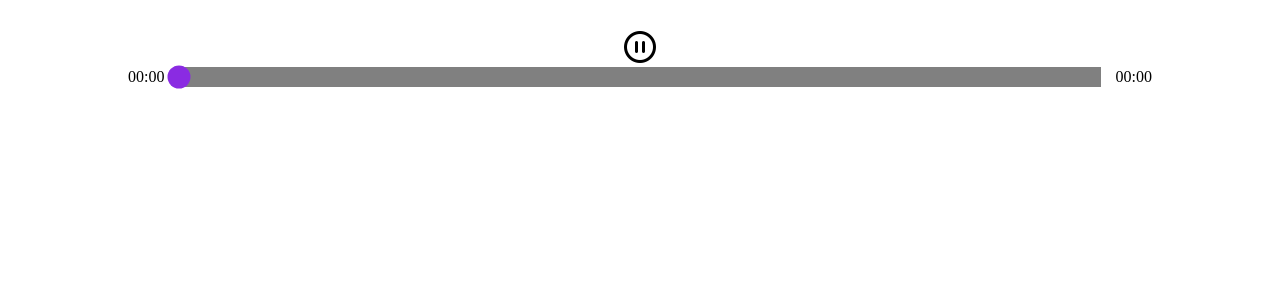
Repository: Dongnguyen318/Quydong
Page: Day 26/index.html
The author's editor kept a copy of each file at every save. The page is drawn from the files as they stood at one save, then again after the next save.
The browser window is 1280 px wide. The pictures show the whole page.
After loading, the first visible `div.play-btn` was clicked once.

Above is the page before, as saved 2023-09-19 23:51:51.

After the next save:
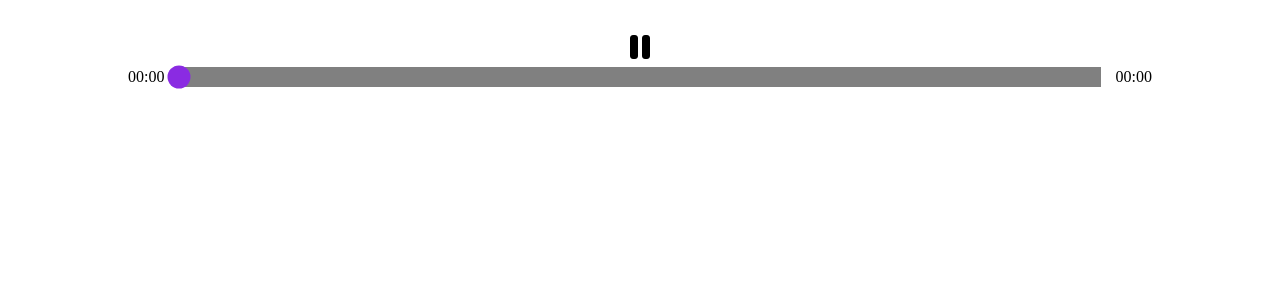
Saved 57 s later.
--- a/Day 26/js.js
+++ b/Day 26/js.js
@@ -1,17 +1,23 @@
-//Tạo element
 var progressBar = document.querySelector(".progress-bar");
 var progress = progressBar.querySelector(".progress");
 var progressSpan = progress.querySelector("span");
+var timePlaying = progressBar.querySelector(".time-playing");
+
+// tinh khoang cach di chuyen con chuot bang clientX
+var initialClientX = 0;
+
+var progressBarWidth = progressBar.clientWidth;
 var progressWidth = progressBar.clientWidth;
-var progressBarWidth = progressBar.clientWidth;
-
 var isDrag = false;
-var initialClientX = 0;
+var currentWidth;
 var current = 0;
-var currentWidth = 0;
+var initialTime = 0;
 
 var handleChange = function (width) {
   var value = (width * 100) / progressBarWidth;
+  progress.style.width = `${value}%`;
+  currentWidth = width;
+
   if (value < 0) {
     value = 0;
   }
@@ -19,9 +25,6 @@ var handleChange = function (width) {
   if (value > 100) {
     value = 100;
   }
-
-  progress.style.width = `${value}%`;
-  currentWidth = width;
 };
 
 progressBar.addEventListener("mousedown", function (e) {
@@ -39,42 +42,37 @@ progressSpan.addEventListener("mousedown", function (e) {
   initialClientX = e.clientX;
 });
 
-document.addEventListener("mouseup", function () {
+document.addEventListener("mouseup", function (e) {
   isDrag = false;
-  current = currentWidth;
+  var current = currentWidth;
 });
 
 document.addEventListener("mousemove", function (e) {
   if (isDrag) {
-    // console.log(e.clientX);
     var moveWidth = e.clientX - initialClientX;
     handleChange(current + moveWidth);
-    //moveWidth chỉ là khoảng kéo thêm
+    if (timePlay < 0) {
+      timePlay = 0;
+    } else if (timePlay > audio.duration) {
+      timePlay = audio.duration;
+    }
   }
 });
 
-var audio = document.querySelector("audio");
+// Xay dung trinh phat nhac
+var audio = new Audio("./mp3/kiepdoden.mp3");
+var playBtn = document.querySelector(".play-btn");
 var currentTimeEl = progressBar.previousElementSibling;
 var durationEl = progressBar.nextElementSibling;
-
-var playBtn = document.querySelector(".player .play-btn");
-
-var playIcon = `<i class="fa-regular fa-circle-play"></i>`;
-var pauseIcon = `<i class="fa-regular fa-circle-pause"></i>`;
-var getTime = function (second) {
-  var min = Math.floor(second / 60);
-  var sec = Math.floor(second % 60);
-  if (sec < 10) {
-    sec = `0${sec}`;
-  }
-  return `${min}:${sec}`;
+var getTime = function (seconds) {
+  var mins = Math.floor(seconds / 60);
+  seconds = Math.floor(seconds - mins * 60);
+  return `${mins < 10 ? "0" + mins : mins}:${
+    seconds < 10 ? "0" + seconds : seconds
+  }`;
 };
-// Lắng nghe sự kiện loaded data -> khi nào file audio tải xong
-
-audio.addEventListener("loadeddata", function () {
-  durationEl.innerText = getTime(audio.duration);
-});
-
+var pauseIcon = `<i class="fa-solid fa-pause"></i>`;
+var playIcon = `<i class="fa-solid fa-play"></i>`;
 playBtn.addEventListener("click", function () {
   if (audio.paused) {
     audio.play();
@@ -84,19 +82,7 @@ playBtn.addEventListener("click", function () {
     this.innerHTML = playIcon;
   }
 });
-audio.addEventListener("timeupdate", function () {
-  currentTimeEl.innerText = getTime(audio.currentTime);
-  var percent = (audio.currentTime * 100) / audio.duration;
-  progress.style.width = `${percent}%`;
-});
-audio.addEventListener("pause", function () {
-  playBtn.innerHTML = playIcon;
-});
-audio.addEventListener("play", function () {
-  playBtn.innerHTML = pauseIcon;
-});
-
-var timePlaying = document.querySelector("time-playing");
+// hien thoi gian khi di chuyen chuot
 progressBar.addEventListener("mousemove", function (e) {
   timePlaying.style.opacity = 1;
   var positionTimePlaying = e.offsetX;
@@ -106,7 +92,45 @@ progressBar.addEventListener("mousemove", function (e) {
   }px`;
   timePlaying.innerText = getTime(timePlay);
 });
-
+// tat hien thoi gian khi blur ra khoi progressBar
 progressBar.addEventListener("mouseout", function () {
   timePlaying.style.opacity = 0;
 });
+// dung lai tai vi tri vua bam tren progressBar
+progressBar.addEventListener("mousedown", function (e) {
+  if (e.which === 1) {
+    handleChange(e.offsetX);
+    initialClientX = e.clientX;
+    isDrag = true;
+    current = e.offsetX;
+    handleUpdateTime(e.offsetX);
+    timePlaying.style.opacity = 1;
+  }
+});
+// lay ra vi tri vua bam va update time for play song
+progressBar.addEventListener("mouseup", function () {
+  isDrag = false;
+  initialTime = current;
+  var currentTime = (audio.duration * current) / progressWidth;
+  currentTimeEl.innerText = getTime(currentTime);
+  audio.currentTime = currentTime;
+});
+// hien tong thoi gian bai hat
+audio.addEventListener("loadeddata", function () {
+  durationEl.innerText = getTime(audio.duration);
+});
+// update time audio for playing
+audio.addEventListener("timeupdate", function () {
+  if (!isDrag) {
+    currentTimeEl.innerText = getTime(this.currentTime);
+    value = (this.currentTime / this.duration) * 100;
+    progress.style.width = `${value}%`;
+  }
+});
+// Xu ly phat lai tu dau khi het bai hat
+audio.addEventListener("ended", function () {
+  audio.pause();
+  playBtn.innerHTML = playIcon;
+  audio.currentTime = 0;
+  progress.style.width = 0;
+});
